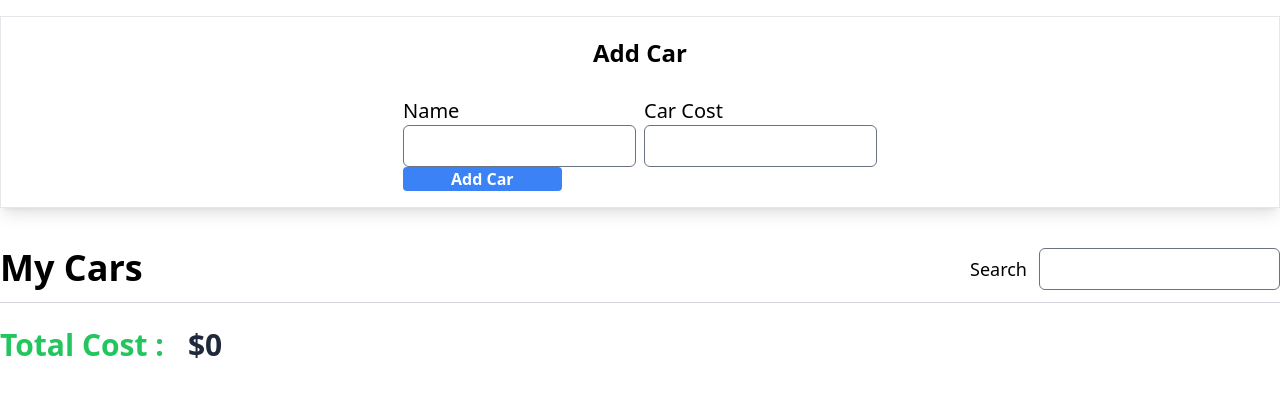
Repository: Marhamat92/carsappreduxtoolkit
Page: /
The author's editor kept a copy of each file at every save. The page is drawn from the files as they stood at one save, then again after the next save.
The browser window is 1280 px wide. The pictures show the whole page.
The project was rebuilt for these pictures with package versions that can differ from the ones it lists, and the page was loaded fresh each time.

Above is the page before, as saved 2023-01-24 01:01:46.

After the next save:
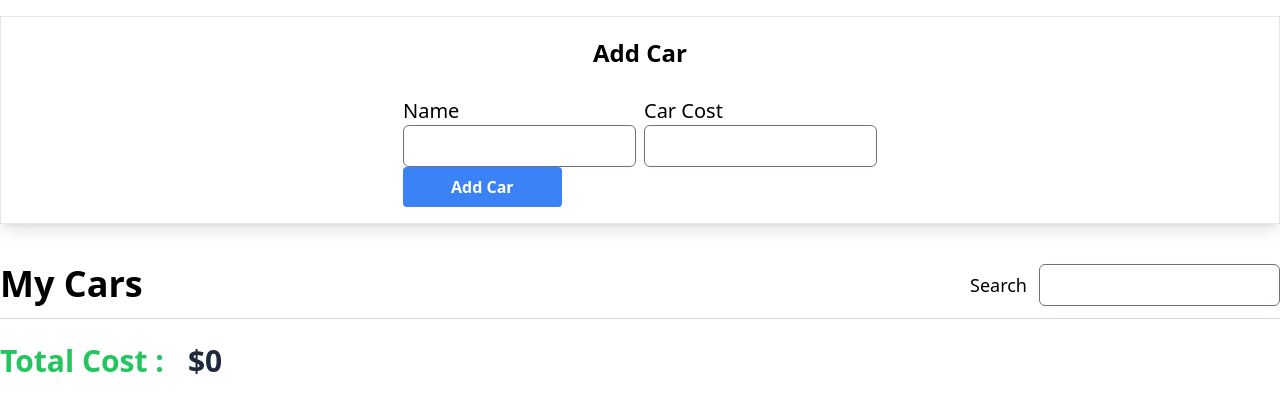
Saved 44 s later.
--- a/src/components/CarForm.js
+++ b/src/components/CarForm.js
@@ -56,7 +56,7 @@ function CarForm() {
 
           </div>
           <div className=''>
-            <button className='bg-blue-500 hover:bg-blue-700 text-white font-bold   px-12 rounded ' type='submit'>Add Car</button>
+            <button className='bg-blue-500 hover:bg-blue-700 text-white font-bold py-2  px-12 rounded ' type='submit'>Add Car</button>
           </div>
 
         </form>
